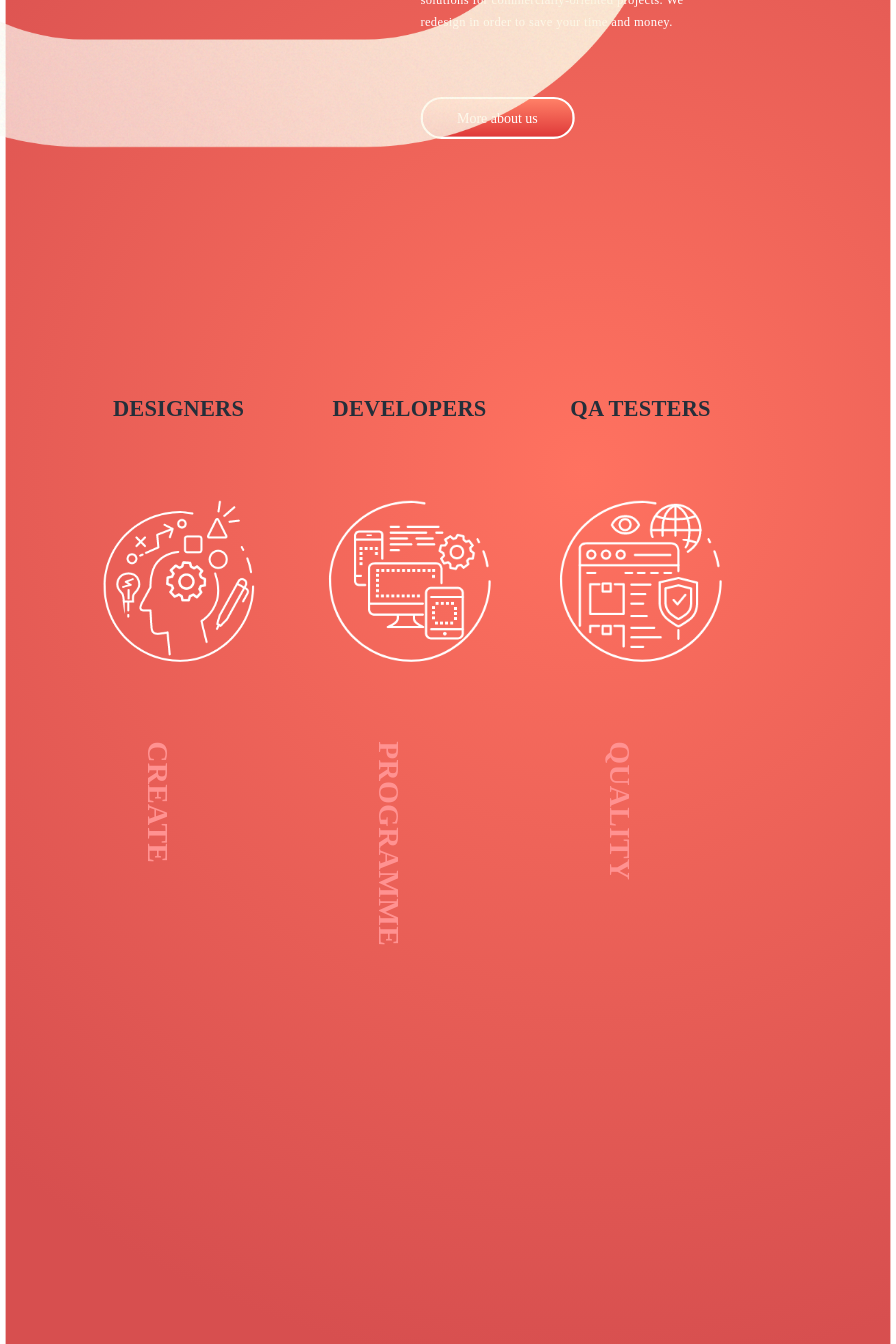
Repository: batonAnton/Ukiepro_girl
Page: MainPage.html
The author's editor kept a copy of each file at every save. The page is drawn from the files as they stood at one save, then again after the next save.
The browser window is 1280 px wide. The pictures show the part of the page from y = 1279 to 3199 px (the page is 3787 px tall), at 70% of full size.

Above is the page before, as saved 2020-03-15 17:13:17.

### MainPage.html
<!DOCTYPE html>
<html lang="en">
  <head>
    <meta charset="UTF-8" />
    <meta name="viewport" content="width=device-width, initial-scale=1.0" />
    <title>Main Page</title>
    <link rel="stylesheet" href="./Css/style.css" />
  </head>
  <body>
    <div>
      <div class="block1">
        <nav>
          <a href="">services</a>
          <a href="">about</a>
          <a href="">portfolio</a>
          <a href="">contact</a>
        </nav>
        <div class="big_logo">
          <img src="./img/Combined_Shape.png" alt="" />

          <div class="btn_block1">
            <p>
              Automating your <br />
              business is up to
            </p>

            <button>Contact us</button>
          </div>
        </div>
        <div class="girl">
          <img src="./img/girl.png" alt="" />
        </div>
      </div>

      <div class="container block2">
        <div class="block2_info">
          <div class="block2_img">
            <img src="/img/block2_logo.png" alt="" />
          </div>

          <div class="weare">
            <h1>we are</h1>
            <p>
              Business is not about success but about efficiency! <br />
              We are engaged in the implementation of automated <br />
              solutions for commercially-oriented projects. We <br />
              redesign in order to save your time and money.
            </p>
            <button>More about us</button>
          </div>
        </div>

        <div class="container  three_img_info">
          <div class="same_img_info">
            <h1>designers</h1>
            <img src="./img/designer.png" alt="" />
            <p>create</p>
          </div>

          <div class="same_img_info">
            <h1>developers</h1>
            <img src="./img/developers.png" alt="" />
            <p>programme</p>
          </div>

          <div class="same_img_info">
            <h1>qa testers</h1>
            <img src="./img/qa.png" alt="" />
            <p>quality</p>
          </div>
        </div>
      </div>
    </div>
  </body>
</html>

### Css/style.css
* {
  max-width: 100%;
}
button {
  width: 220px;
  height: 60px;
  border: none;
  border-radius: 33px;
  background-image: linear-gradient(180deg, #ff8067 0%, #df3939 100%);
  color: #ffffff;
  font-family: "Museo -700";
  font-size: 20px;
}
.container {
  max-width: 100%;
  width: 1100px;
  margin-left: auto;
  margin-right: auto;
}
.block1 {
  width: 100%;
  height: 920px;
  position: relative;
  box-shadow: -8px 1px 116px rgba(0, 0, 0, 0.21);
  background-image: radial-gradient(
    circle 1673px at 29.24% 114.02%,
    #22466c 0%,
    #0e1f39 100%
  );
  /* opacity: -1; */
  z-index: 2;
}

.block1 nav {
  max-width: 100%;
  width: 1050px;
  margin-left: auto;
  margin-right: auto;
  margin-top: 0;
  padding-top: 40px;

  height: 19px;
  text-align: right;
  color: #ffffff;
  font-family: "Museo 500- Regular";
  font-size: 16px;
  font-weight: 400;
  letter-spacing: 0.89px;
}
.block1 nav a {
  width: 446px;
  height: 19px;
  color: #ffffff;
  font-family: "Museo 500- Regular";
  font-size: 16px;
  font-weight: 400;
  letter-spacing: 0.84px;
  /* Text style for "Services" */
  letter-spacing: 0.89px;
  text-transform: capitalize;
}

.block1 nav a + a {
  margin-left: 30px;
}
.big_logo {
  margin: 0 auto;
  max-width: 100%;
  width: 1200px;
  text-align: center;
}
.block1 img {
  max-width: 100%;
  width: 1226px;
  height: 309px;
  margin: 0 auto;
  padding-top: 75px;
  margin-left: auto;
  margin-right: auto;
}

p {
  margin-block-start: 0em;
  margin-block-end: 0em;
}

.block1 p {
  width: 350px;
  height: 103px;
  opacity: 0.8;
  color: #ffffff;
  font-family: "Exo 2.0- Bold";
  font-size: 30px;
  font-weight: 700;
  letter-spacing: -0.03px;
  line-height: 40px;
}
.block1 button {
  width: 220px;
  height: 60px;
  border: none;
  border-radius: 33px;
  background-image: linear-gradient(180deg, #ff8067 0%, #df3939 100%);
  color: #ffffff;
  font-family: "Museo -700";
  font-size: 20px;
}
.btn_block1 {
  text-align: left;
  margin-left: 50px;
  margin-top: 80px;
}
.block1 button {
  margin-top: 50px;
}

.block1 .girl img {
  width: 729px;
  height: 957px;
  position: absolute;
  top: 25%;
  left: 35%;
}

.block2 {
  width: 1922px;
  height: 2851px;
  background-image: radial-gradient(
    circle 1288px at 65.32% 35.97%,
    #ff7260 0%,
    #d74f4f 100%
  );
  z-index: 0;
}
.block2_info {
  height: 895px;
  width: 1200px;
  margin-left: auto;
  margin-right: auto;
}

.block2_img {
  width: 1306px;
  height: 895px;
  left: -25%;
  top: 85%;
  position: absolute;
}

.weare {
  float: right;
  margin: 10% 20%;
}

.weare h1 {
  height: 70px;
  color: #242f3a;
  font-family: "Exo 2.0- Bold";
  font-size: 60px;
  font-weight: 700;
  letter-spacing: 0.52px;
  text-transform: uppercase;
}

.weare p {
  height: 219px;
  /* opacity: 0.9; */
  color: #ffffff;
  font-family: "Museo 500- Regular";
  font-size: 18px;
  font-weight: 400;
  letter-spacing: 0.48px;
  line-height: 32px;
  /* Text style for "Business i" */
  font-family: "Museo -700";
}

.block2_info button {
  width: 220px;
  height: 60px;
  border-radius: 33px;
  border: 3px solid #ffffff;
}

.three_img_info {
  display: flex;
  flex-direction: row;
}

.three_img_info h1 {
  height: 38px;
  color: #242f3a;
  font-family: "Exo 2.0- Bold";
  font-size: 32px;
  font-weight: 700;
  letter-spacing: 0.28px;
  text-transform: uppercase;
}

.same_img_info {
  width: 30%;
  text-align: center;
}

.same_img_info img{
  height: 230px;
  margin-top: 90px;
}

.same_img_info p{
  width: 50px;
height: 269px;
transform: rotate(90deg);
color: #ff9291;
font-family: "Exo 2.0- Bold";
font-size: 42px;
font-weight: 700;
letter-spacing: 0.37px;
text-transform: uppercase;
}

After the next save:
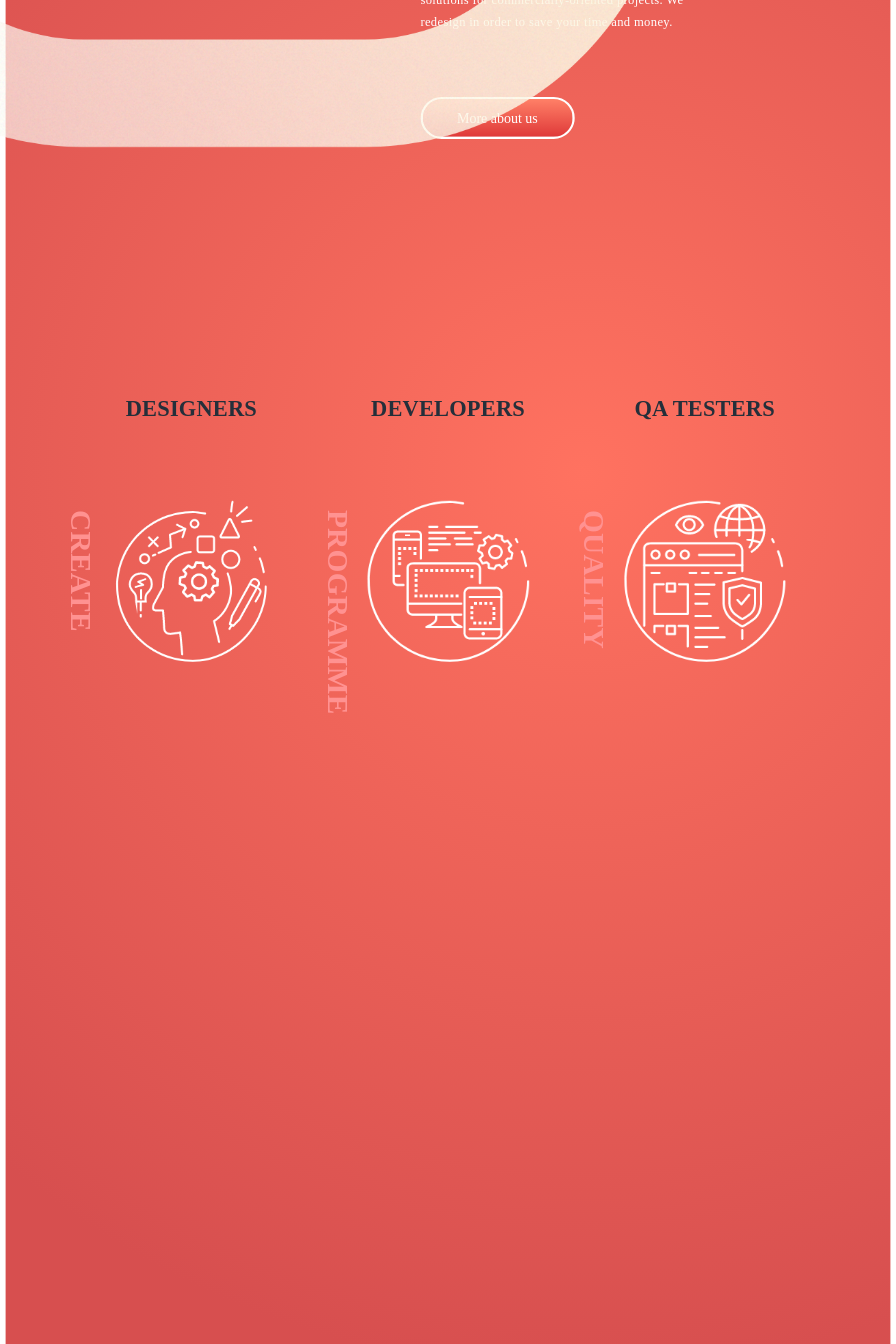
Saved 5 min 20 s later.
--- a/Css/style.css
+++ b/Css/style.css
@@ -198,23 +198,23 @@
 }
 
 .same_img_info {
-  width: 30%;
+  width: 50%;
   text-align: center;
 }
 
-.same_img_info img{
+.same_img_info img {
   height: 230px;
   margin-top: 90px;
 }
 
-.same_img_info p{
+.same_img_info p {
   width: 50px;
-height: 269px;
-transform: rotate(90deg);
-color: #ff9291;
-font-family: "Exo 2.0- Bold";
-font-size: 42px;
-font-weight: 700;
-letter-spacing: 0.37px;
-text-transform: uppercase;
-}
+  margin-top: -60%;
+  transform: rotate(90deg);
+  color: #ff9291;
+  font-family: "Exo 2.0- Bold";
+  font-size: 42px;
+  font-weight: 700;
+  letter-spacing: 0.37px;
+  text-transform: uppercase;
+}
